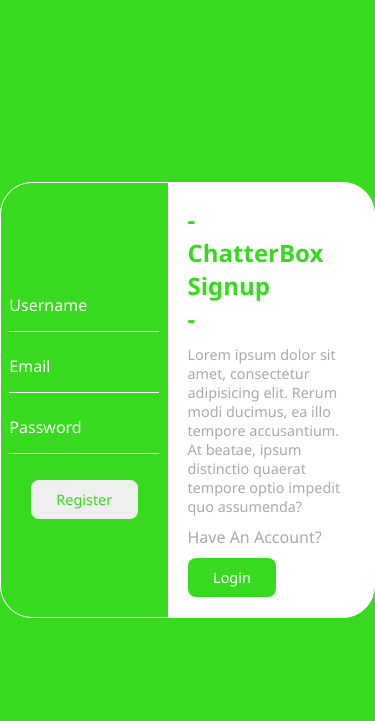
Repository: Habeebur1493/social-media-app
Page: /signup
An editor plug-in stored every save of this project. The page is shown before and after the next save, followed by the edit.
The browser window is 375 px wide. The pictures show the whole page.
The project was rebuilt for these pictures with package versions that can differ from the ones it lists, and the page was loaded fresh each time. Also part of the build but not shown: vite.config.js, src/pages/login/login.css, src/pages/login/Login.jsx.

Above is the page before, as saved 2025-01-28 02:19:42.

After the next save:
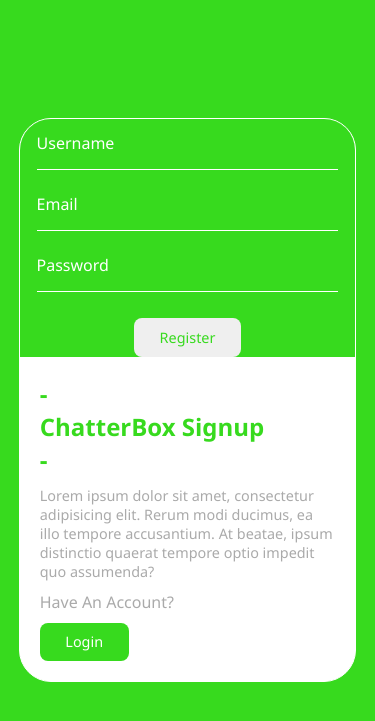
Saved 87 s later.
--- a/src/pages/signup/signup.css
+++ b/src/pages/signup/signup.css
@@ -70,3 +70,14 @@
  color: var(--color-primary);
  margin-top: 1rem;
 }
+
+@media (max-width: 600px) {
+    .signup .card{
+        width: 90%;
+        flex-direction: column;
+        flex-direction: column-reverse;
+    }
+    .signup .card .right{
+        padding-bottom: 20px 0;
+}
+}
